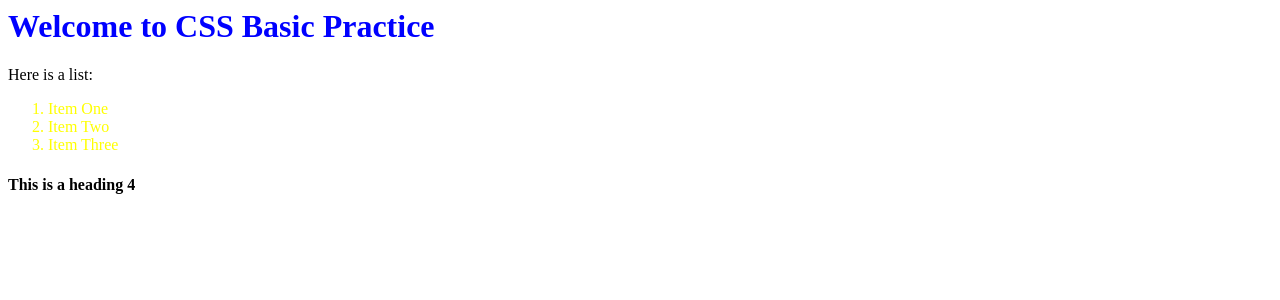
Repository: MonwarAdeeb/Bista_Solutions
Page: HTML & CSS/CSS/Level One/Level_One.html
An editor plug-in stored every save of this project. The page is shown before and after a run of saves, followed by the edit.
The browser window is 1280 px wide. The pictures show the whole page.

Above is the page before, as saved 2021-05-19 16:04:58.

After the next 2 saves:
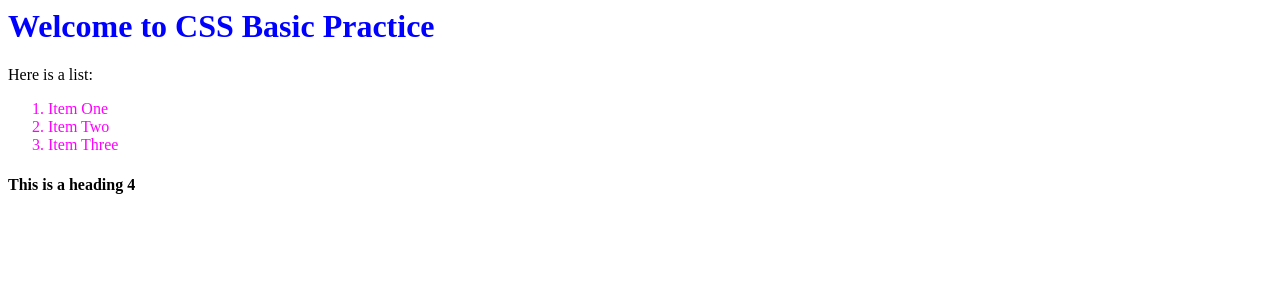
The 2 saves are shown as one change because they came seconds apart.
The last was saved 8 s later.
--- a/HTML & CSS/CSS/Level One/Level_One_CSS.css
+++ b/HTML & CSS/CSS/Level One/Level_One_CSS.css
@@ -8,5 +8,5 @@
 }
 
 li {
-  color: rgb(255, 255, 0);
+  color: rgb(255, 0, 255);
 }
